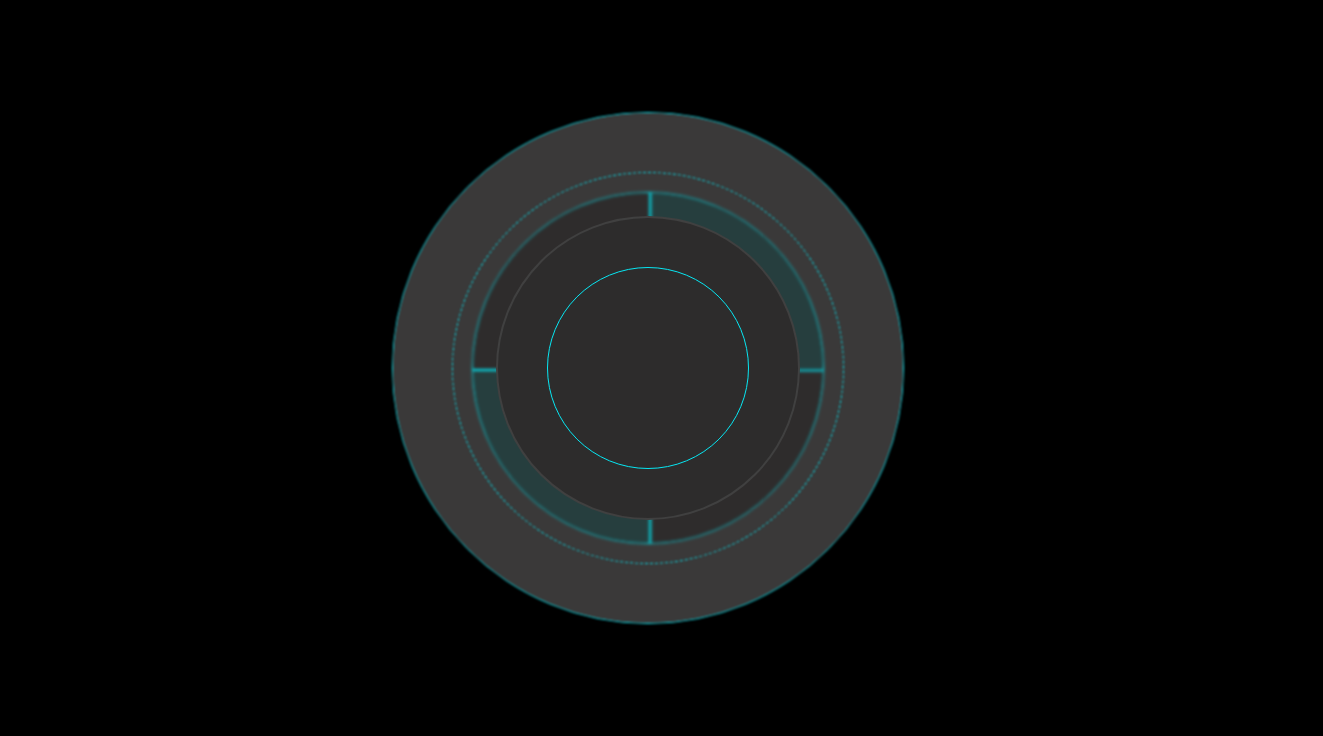
Repository: hsumyatm7308/Basecycle
Page: index.html
An editor plug-in stored every save of this project. The page is shown before and after the next save, followed by the edit.
The browser window is 1280 px wide. The page is 1323 px wide, so the pictures cover 1323 px, including what lies to the right of the window. The pictures show the whole page.

Above is the page before, as saved 2023-06-06 00:58:46.

After the next save:
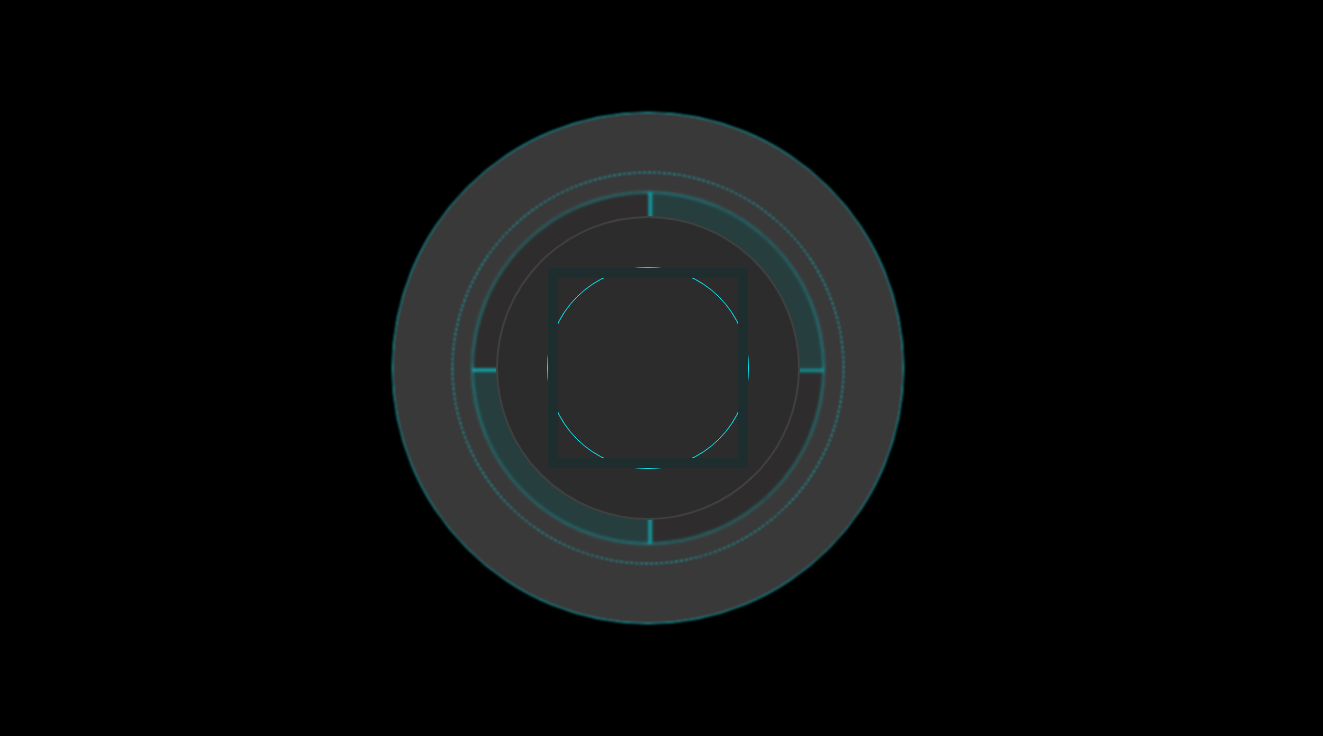
Saved 74 s later.
--- a/style.css
+++ b/style.css
@@ -1010,5 +1010,7 @@ body {
 }
 
 .circleone .littlecircleone{
-
-}
+    width: 180px;
+    height: 180px;
+    border: 10px solid #1e2e2e;
+}
